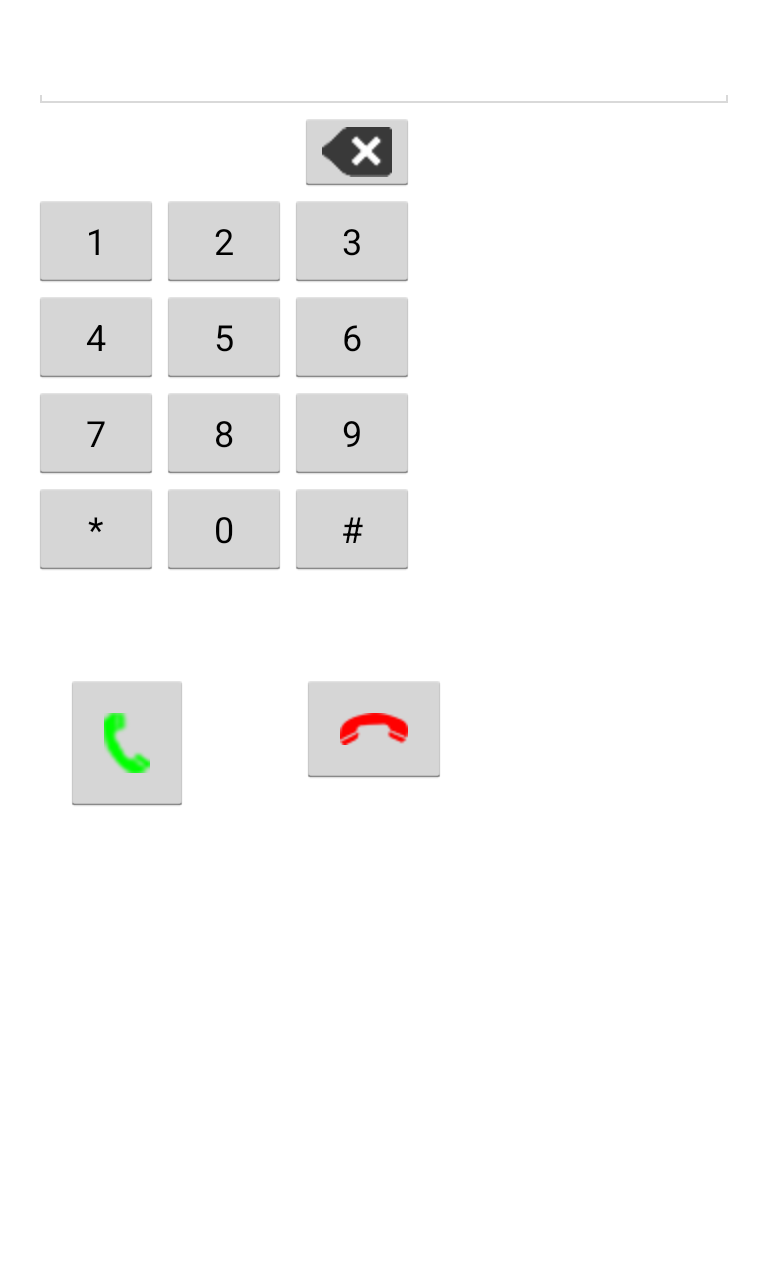
Repository: andreeastoican/Laborator03
Layout: PhoneDialer/res/layout/activity_phone_dialer.xml
The author's editor kept a copy of each file at every save. The layout is drawn from the files as they stood at one save, then again after the next save.
It is drawn on a 768 x 1280 px phone screen (xhdpi) without system bars, with theme AppTheme; the app's code is not run.

Above is the layout before, as saved 2015-03-10 10:03:59.

After the next save:
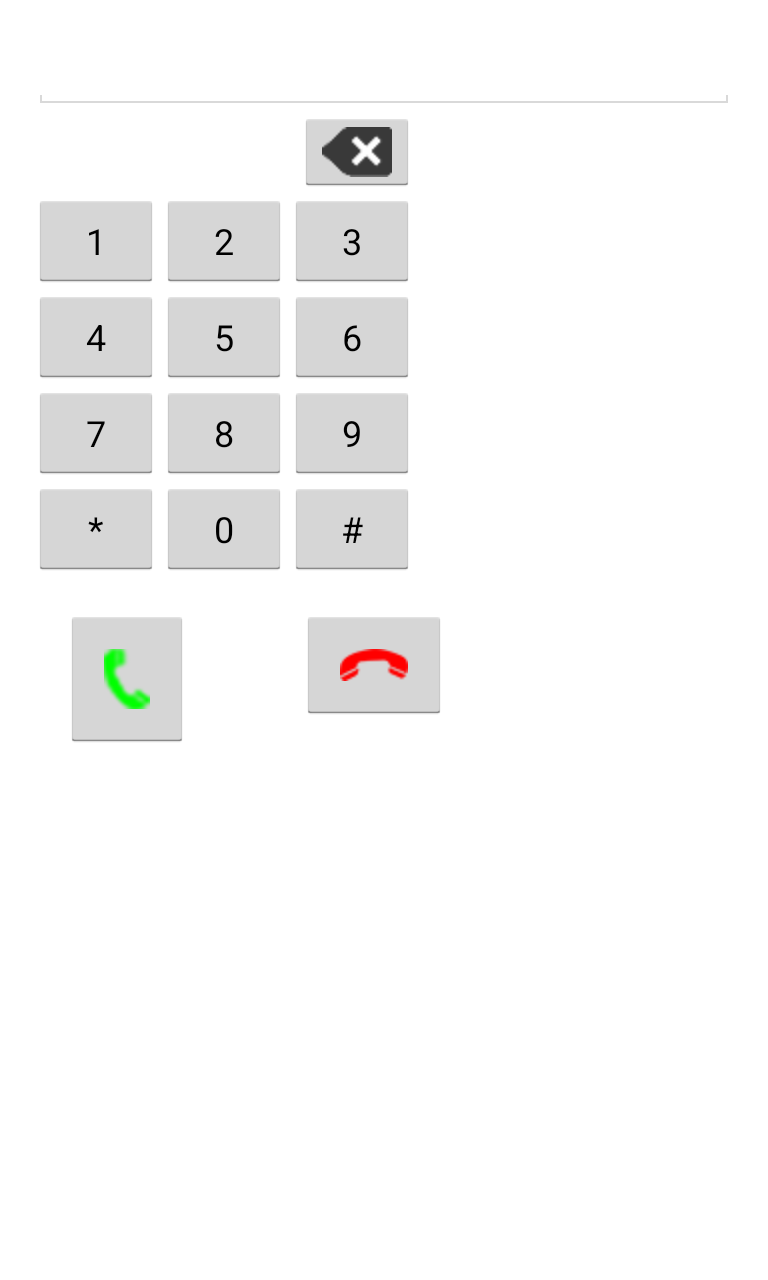
Saved 8 s later.
--- a/PhoneDialer/res/layout/activity_phone_dialer.xml
+++ b/PhoneDialer/res/layout/activity_phone_dialer.xml
@@ -114,18 +114,6 @@
     </GridLayout>
 
 
-	<LinearLayout
-	  android:layout_below="@id/layout3"
-	  android:id="@+id/layout4"
-	  android:layout_width="wrap_content"
-	  android:layout_height="wrap_content"
-	  android:paddingBottom="@dimen/activity_vertical_margin"
-	  android:paddingLeft="@dimen/activity_horizontal_margin"
-	  android:paddingRight="@dimen/activity_horizontal_margin"
-	  android:paddingTop="@dimen/activity_vertical_margin"
-	  android:orientation="horizontal">
-
-	</LinearLayout>
 
 	<RelativeLayout
 	  android:layout_below="@id/layout4"
